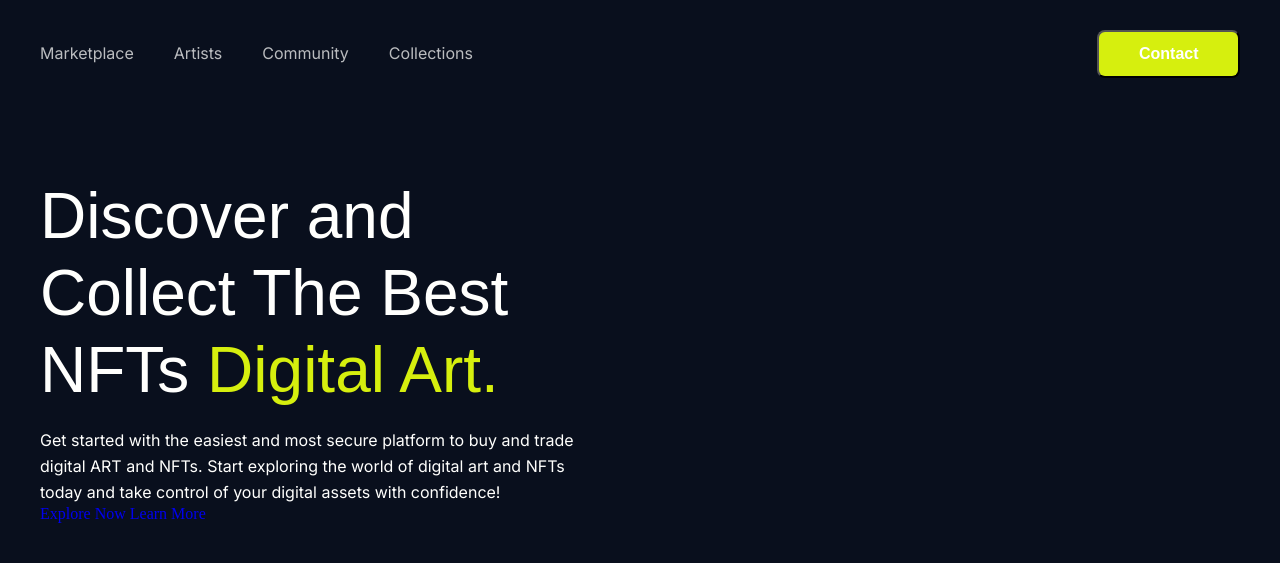
Repository: Kamron5505/NftMarketplace
Page: index.html
An editor plug-in stored every save of this project. The page is shown before and after a run of saves, followed by the edit.
The browser window is 1280 px wide. The pictures show the whole page.
Some web fonts or font styles are not loaded; a fallback is used.

Above is the page before, as saved 2025-07-08 00:09:54.

### index.html
<!DOCTYPE html>
<html lang="en">

<head>
    <meta charset="UTF-8">
    <meta name="viewport" content="width=device-width, initial-scale=1.0">
    <title>NFTMarketplace Landing</title>
    <link rel="stylesheet" href="./style.css">
    <link
        href="https://fonts.googleapis.com/css2?family=Inter:wght@400;600;700&family=Source+Sans+Pro:wght@400;600;700&display=swap"
        rel="stylesheet">
</head>

<body>
    <header class="header">
        <div class="container">
            <nav class="nav">
                <ul class="nav-list">
                    <li class="nav-item"><a href="#" class="nav-link">Marketplace</a></li>
                    <li class="nav-item"><a href="#" class="nav-link">Artists</a></li>
                    <li class="nav-item"><a href="#" class="nav-link">Community</a></li>
                    <li class="nav-item"><a href="#" class="nav-link">Collections</a></li>
                </ul>
                <button class="header-contact-btn">Contact</button>
            </nav>
        </div>
    </header>
    <main class="main">
        <section class="nft-section">
            <div class="container">
                <div class="nft-wrapper">
                    <div class="content-left">
                        <h1 class="title">
                            Discover and <br>
                            Collect The Best <br>
                            NFTs <span class="highlight"> Digital Art.</span>
                        </h1>

                        <p class="description">
                            Get started with the easiest and most secure platform to buy and trade digital ART and NFTs.
                            Start exploring the world of digital art and NFTs today and take control of your digital
                            assets with confidence!
                        </p>

                        <div class="buttons">
                            <a href="#" class="btn btn-primary">Explore Now</a>
                            <a href="#" class="btn btn-secondary">Learn More</a>
                        </div>

                        <!-- <div class="stats">
                            <div class="stat">
                                <div class="number">8.9K</div>
                                <div class="label">Art work</div>
                            </div>
                            <div class="stat">
                                <div class="number">65K</div>
                                <div class="label">Artist</div>
                            </div>
                            <div class="stat">
                                <div class="number">87K</div>
                                <div class="label">Collection</div>
                            </div>
                        </div>
                    </div> -->
                    <!-- <div class="content-right">
                        <div class="card">
                            <img src="nft-image.jpg" alt="NFT Image" class="card-image">
                            <div class="card-info">
                                <div class="card-timer">
                                    <span>Ends in</span>
                                    <span class="time">05:45:47</span>
                                </div>
                                <div class="card-bid">
                                    <span>Current bid</span>
                                    <span class="eth">0.24 ETH</span>
                                </div>
                                <a href="#" class="btn btn-bid">Place A Bid</a>
                            </div>
                        </div>
                    </div> -->
                </div>
            </div>
        </section>
    </main>
</body>

</html>

### style.css
@font-face {
    font-family: 'Canela';
    src: url('../fonts/Canela-Bold.woff2') format('woff2');
    font-weight: bold;
    font-style: normal;
}

* {
    margin: 0;
    padding: 0;
    text-decoration: none;
    list-style: none;
    box-sizing: border-box;
}

body {
    background: #090f1d;
    color: #fffffd;
}

:root {
    --font-family: "Inter", sans-serif;
    ---family: "Source Sans Pro", sans-serif;
    --font-family: "Canela", sans-serif;
}

h1,
h2,
h3,
h4,
h5,
h6 {
    font-family: "Canela", sans-serif;
    font-weight: bold;
    font-weight: 500;
    font-size: 64px;
    line-height: 120%;
    color: #fffffd;
}

:root {
    --font-family: "Inter", sans-serif;
    --second-family: "Source Sans Pro", sans-serif;
    --third-family: "Canela", sans-serif;
}

.highlight {
    color: #d6ef0e;
}

.header {
    margin-top: 30px;
    font-family: "Inter", sans-serif;
}

.container {
    width: 1200px;
    margin: 0 auto;
}

.nav {
    display: flex;
    align-items: center;
    justify-content: space-between;
}

.nav-list {
    display: flex;
    gap: 40px;
}


.nav-link {
    font-weight: 400;
    font-size: 16px;
    line-height: 160%;
    color: rgba(255, 255, 253, 0.72);
}

.nav-link:hover {
    border-bottom: 1px solid #d6ef0e;
    width: 94px;
    height: 26px;
    transition: all 0.3s ease;
}

.header-contact-btn {
    background: #d6ef0e;
    border-radius: 8px;
    padding: 12px 40px;
    width: 143px;
    height: 48px;
    font-weight: 700;
    font-size: 16px;
    line-height: 120%;
    color: #fff;
}



.nft-section {
    margin-top: 100px;
}


.nft-wrapper {}

.content-left {}

.title {}

.highlight {}

.description {
    font-family: "Inter", sans-serif;
    font-weight: 400;
    font-size: 16px;
    width: 544px;
    line-height: 160%;
    color: #fffffd;
    margin-top: 20px;
}

.buttons {}

.btn {}

.btn-primary {}

.btn-secondary {}

After the next 2 saves:
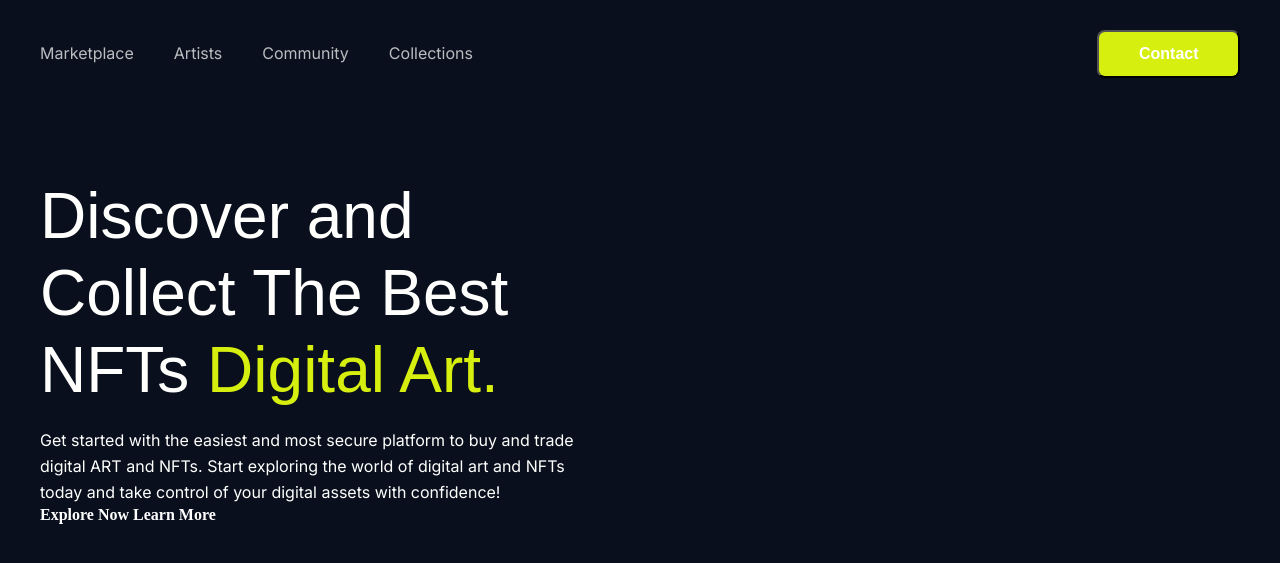
The 2 saves are shown as one change because they came seconds apart.
The last was saved 57 s later.
--- a/style.css
+++ b/style.css
@@ -123,7 +123,12 @@ h6 {
 
 .buttons {}
 
-.btn {}
+.btn {
+    font-weight: 700;
+    font-size: 16px;
+    line-height: 120%;
+    color: #fff;
+}
 
 .btn-primary {}
 
